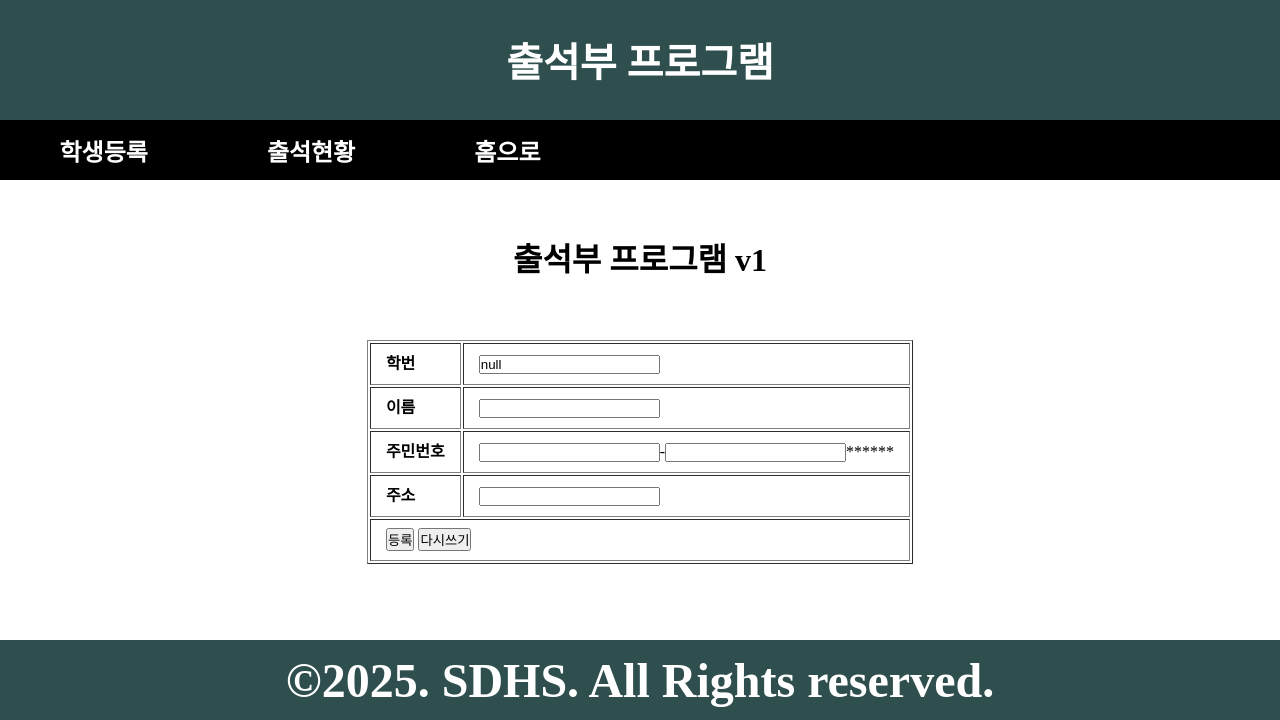
Repository: balhyo-younjisang/DigitechJSP
Page: http://localhost/rollbook/register.jsp
The author's editor kept a copy of each file at every save. The page is drawn from the files as they stood at one save, then again after the next save.
The browser window is 1280 px wide. The pictures show the whole page.
The page is served by Tomcat 9. Queries for data that is not in the repository find no rows.

Above is the page before, as saved 2025-03-31 04:07:06.

After the next save:
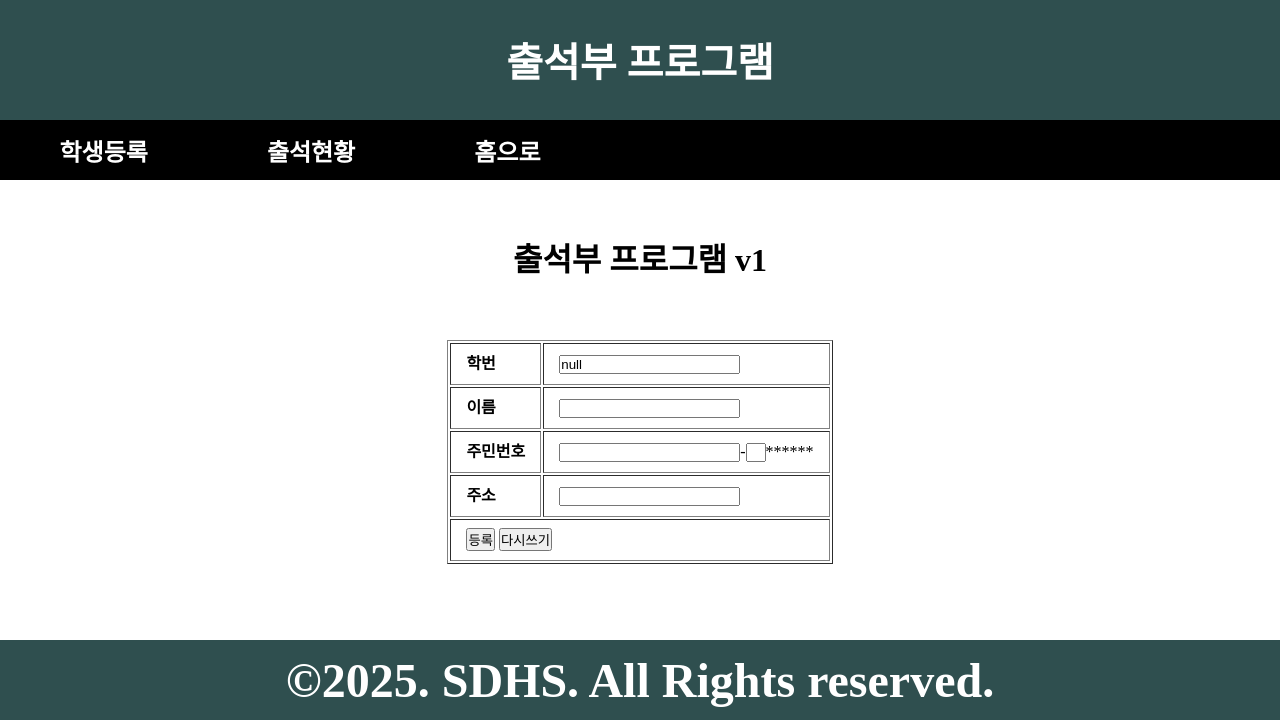
Saved 12 s later.
--- a/rollbook/src/main/webapp/css/style.css
+++ b/rollbook/src/main/webapp/css/style.css
@@ -77,6 +77,9 @@ main .content table tr td:first-child {
 	font-weight: bold;
 }
 
+main .content table #gender {
+	width: 20px;
+}
 
 footer {
 	width: 100%;
